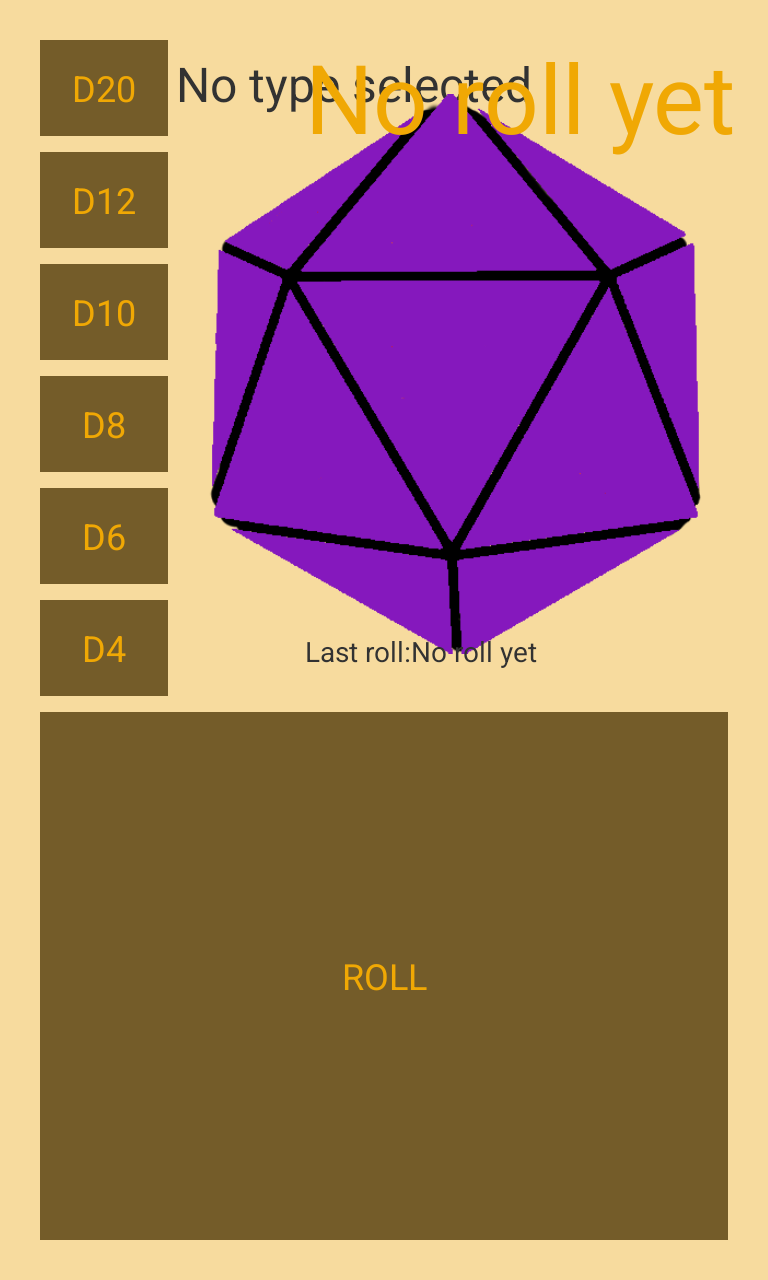
Repository: Bjodol/Roller
Layout: Roller3/res/layout/activity_main.xml
The author's editor kept a copy of each file at every save. The layout is drawn from the files as they stood at one save, then again after the next save.
It is drawn on a 768 x 1280 px phone screen (xhdpi) without system bars, with theme AppTheme; the app's code is not run. The app's manifest (not shown) leaves right-to-left support off. So textAlignment, textDirection and layoutDirection are ignored, and left and right values win over start and end ones.

Above is the layout before, as saved 2013-08-31 09:35:46.

### Roller3/res/layout/activity_main.xml
<RelativeLayout xmlns:android="http://schemas.android.com/apk/res/android"
    xmlns:tools="http://schemas.android.com/tools"
    android:layout_width="fill_parent"
    android:layout_height="fill_parent"
    android:background="@color/Beige"
    android:gravity="top"
    android:paddingBottom="@dimen/activity_vertical_margin"
    android:paddingLeft="@dimen/activity_horizontal_margin"
    android:paddingRight="@dimen/activity_horizontal_margin"
    android:paddingTop="@dimen/activity_vertical_margin"
    tools:context=".MainActivity" >

    <Button
        android:id="@+id/d12"
        android:layout_margin="4dp"
        android:background="@color/Brown"
        android:textColor="@color/Bronze"
        android:layout_width="wrap_content"
        android:layout_height="wrap_content"
        android:layout_below="@+id/d20"
        android:onClick="d12"
        android:text="@string/d12" />

    <TextView
        android:id="@+id/dice_type"
        android:layout_width="wrap_content"
        android:layout_height="wrap_content"
        android:layout_alignBaseline="@id/d20"
        android:layout_toRightOf="@id/d20"
        android:text="@string/noDiceType"
        android:textAlignment="center"
        android:textSize="24sp" />

    <ImageView
        android:id="@+id/purpleDice"
        android:layout_width="wrap_content"
        android:layout_height="wrap_content"
        android:layout_toRightOf="@id/d10"
        android:layout_alignParentRight="true"
        android:src="@drawable/purple_dice" />

    <TextView
        android:id="@+id/dice_throw"
        android:layout_width="wrap_content"
        android:layout_height="wrap_content"
        android:layout_alignBaseline="@id/purpleDice"
        android:layout_alignParentRight="true"
        android:text="@string/noRolls"
        android:textAlignment="center"
        android:textSize="48sp"
        android:textColor="@color/Bronze" />

    <TextView
        android:id="@+id/last_roll_text"
        android:layout_width="wrap_content"
        android:layout_height="wrap_content"
        android:layout_alignBaseline="@+id/d4"
        android:layout_alignBottom="@+id/d4"
        android:layout_alignLeft="@+id/dice_throw"
        android:text="@string/lastRoll"
        android:textAlignment="center"
        android:textSize="14sp" />

    <TextView
        android:id="@+id/last_roll_value"
        android:layout_width="wrap_content"
        android:layout_height="wrap_content"
        android:layout_alignBaseline="@id/last_roll_text"
        android:layout_toRightOf="@id/last_roll_text"
        android:text="@string/noRolls"
        android:textAlignment="center"
        android:textSize="14sp" />

    <Button
        android:id="@+id/roll_button"
        android:background="@color/Brown"
        android:layout_margin="4dp"
        android:layout_width="fill_parent"
        android:layout_height="wrap_content"
        android:layout_below="@+id/d4"
        android:layout_alignParentBottom="true"
        android:onClick="roll"
        android:text="@string/roll"
        android:textColor="@color/Bronze" />

    <Button
        android:id="@+id/d10"
        android:layout_margin="4dp"
        android:background="@color/Brown"
        android:textColor="@color/Bronze"
        android:layout_width="wrap_content"
        android:layout_height="wrap_content"
        android:layout_below="@+id/d12"
        android:layout_toLeftOf="@+id/current_roll_text"
        android:onClick="d10"
        android:text="@string/d10" />

    <Button
        android:id="@+id/d8"
        android:layout_margin="4dp"
        android:background="@color/Brown"
        android:textColor="@color/Bronze"
        android:layout_width="wrap_content"
        android:layout_height="wrap_content"
        android:layout_below="@+id/d10"
        android:layout_toLeftOf="@+id/current_roll_text"
        android:onClick="d8"
        android:text="@string/d8" />

    <Button
        android:id="@+id/d6"
        android:layout_margin="4dp"
        android:background="@color/Brown"
        android:textColor="@color/Bronze"
        android:layout_width="wrap_content"
        android:layout_height="wrap_content"
        android:layout_below="@+id/d8"
        android:layout_toLeftOf="@+id/current_roll_text"
        android:onClick="d6"
        android:text="@string/d6" />

    <Button
        android:id="@+id/d4"
        android:layout_margin="4dp"
        android:background="@color/Brown"
        android:textColor="@color/Bronze"
        android:layout_width="wrap_content"
        android:layout_height="wrap_content"
        android:layout_below="@+id/d6"
        android:layout_toLeftOf="@+id/current_roll_text"
        android:onClick="d4"
        android:text="@string/d4" />

    <Button
        android:id="@+id/d20"
        android:layout_width="wrap_content"
        android:layout_height="wrap_content"
        android:layout_alignParentLeft="true"
        android:layout_alignParentTop="true"
        android:layout_margin="4dp"
        android:layout_marginTop="21dp"
        android:background="@color/Brown"
        android:onClick="d20"
        android:text="@string/d20"
        android:textColor="@color/Bronze" />



</RelativeLayout>

### Roller3/res/values/strings.xml
<?xml version="1.0" encoding="utf-8"?>
<resources>

    <string name="app_name">Roller</string>
    <string name="action_settings">Settings</string>
    <string name="d20">D20</string>
    <string name="d12">D12</string>
    <string name="d10">D10</string>
    <string name="d8">D8</string>
    <string name="d6">D6</string>
    <string name="d4">D4</string>
    <string name="roll">ROLL</string>
    <string name="youRolled">You rolled:</string>
    <string name="noRolls">No roll yet</string>
    <string name="lastRoll">Last roll:</string>
    <string name="noDiceType">No type selected</string>
    <color name="Purple">#9e14e8</color>
    <color name="Beige">#f7db9e</color>
    <color name="Bronze">#F0A804</color>
    <color name="Brown">#745c29</color>

</resources>

Loaded but not shown: Roller3/res/values/styles.xml (common file); Roller3/res/values-v11/styles.xml (common file); Roller3/res/values-v14/styles.xml (common file); Roller3/res/values/dimens.xml (common file)

After the next save:
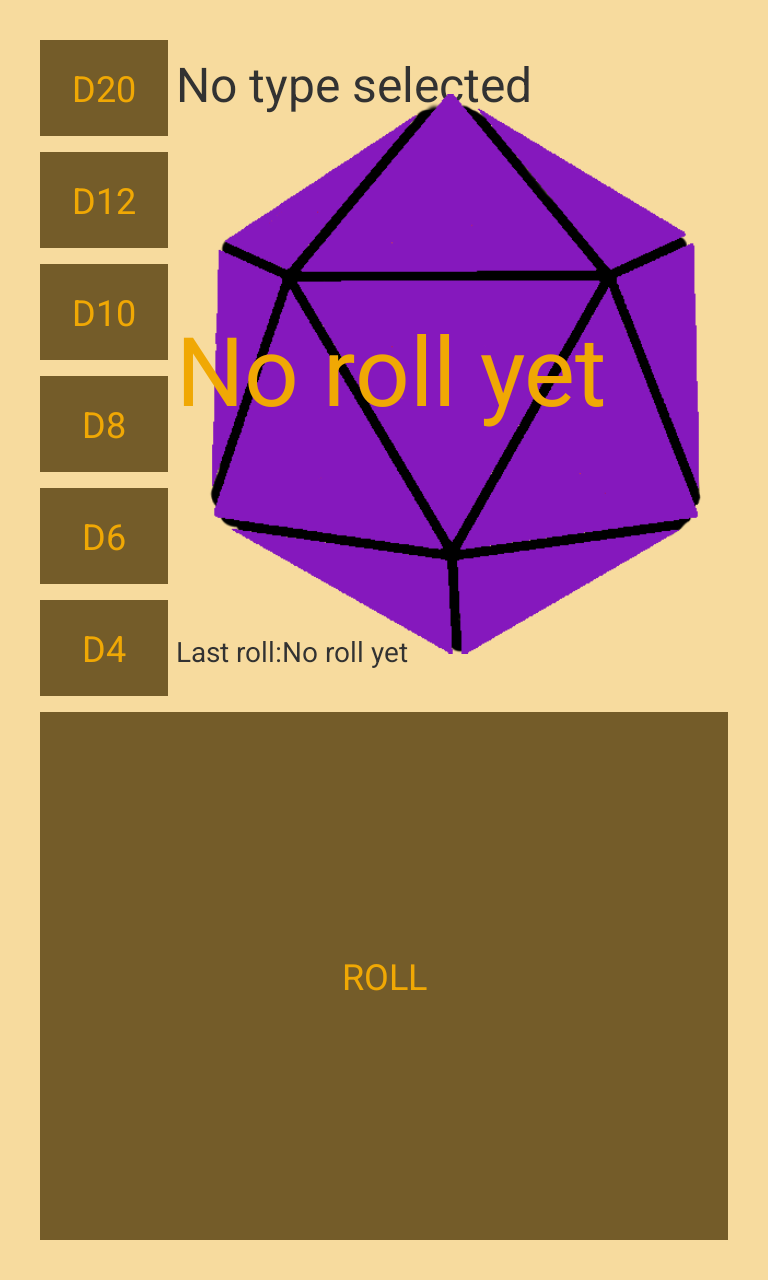
Saved 37 s later.
--- a/Roller3/res/layout/activity_main.xml
+++ b/Roller3/res/layout/activity_main.xml
@@ -28,7 +28,7 @@
         android:layout_alignBaseline="@id/d20"
         android:layout_toRightOf="@id/d20"
         android:text="@string/noDiceType"
-        android:textAlignment="center"
+        android:textAlignment="gravity"
         android:textSize="24sp" />
 
     <ImageView
@@ -38,17 +38,6 @@
         android:layout_toRightOf="@id/d10"
         android:layout_alignParentRight="true"
         android:src="@drawable/purple_dice" />
-
-    <TextView
-        android:id="@+id/dice_throw"
-        android:layout_width="wrap_content"
-        android:layout_height="wrap_content"
-        android:layout_alignBaseline="@id/purpleDice"
-        android:layout_alignParentRight="true"
-        android:text="@string/noRolls"
-        android:textAlignment="center"
-        android:textSize="48sp"
-        android:textColor="@color/Bronze" />
 
     <TextView
         android:id="@+id/last_roll_text"
@@ -144,6 +133,17 @@
         android:text="@string/d20"
         android:textColor="@color/Bronze" />
 
-
+    <TextView
+        android:id="@+id/dice_throw"
+        android:layout_width="wrap_content"
+        android:layout_height="wrap_content"
+        android:layout_alignLeft="@+id/purpleDice"
+        android:layout_alignParentRight="true"
+        android:layout_alignTop="@+id/d10"
+        android:layout_marginTop="20dp"
+        android:text="@string/noRolls"
+        android:textAlignment="center"
+        android:textColor="@color/Bronze"
+        android:textSize="48sp" />
 
 </RelativeLayout>
